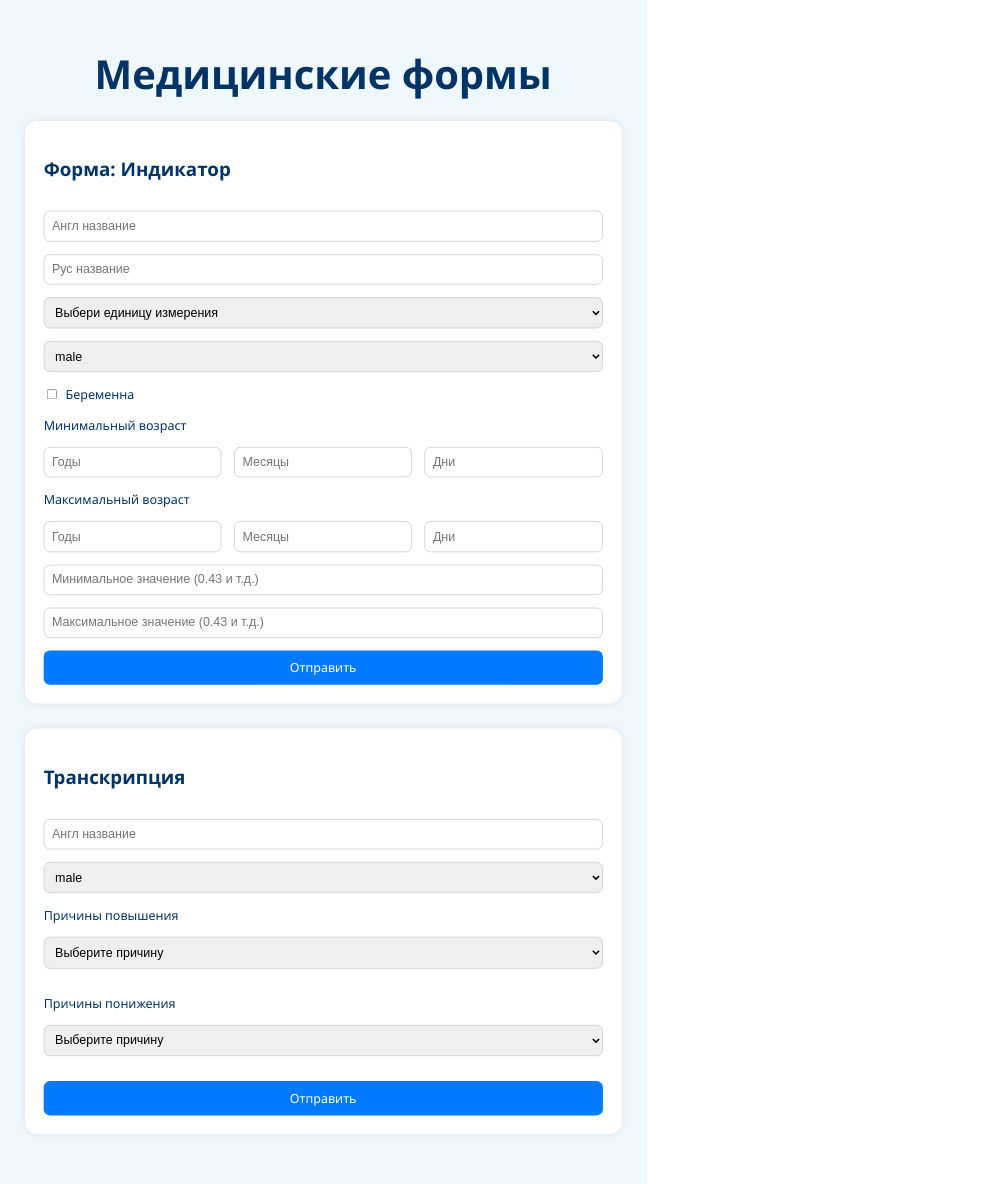
Repository: GGlebux/Transay
Page: / (app in frontend/)
These files come from the project's save history. The page is drawn as it stood at one moment and after the next save; the edit follows.
The browser window is 1280 px wide. The pictures show the whole page, at 78% of full size.
The project was rebuilt for these pictures with package versions that can differ from the ones it lists, and the page was loaded fresh each time. Also part of the build but not shown: frontend/vite.config.ts.

Above is the page before, as saved 2025-08-04 16:20:42.

After the next save:
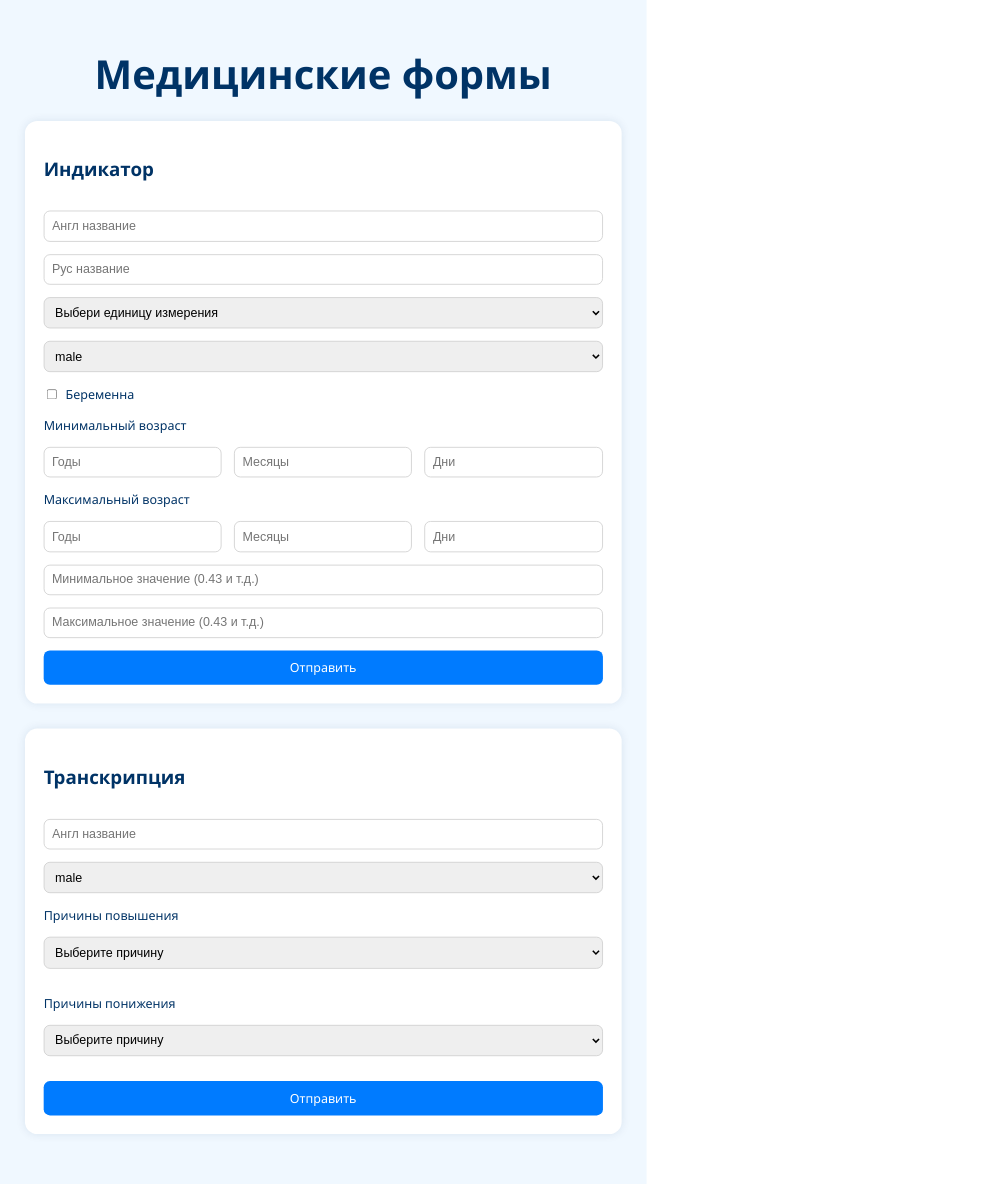
Saved 6 s later.
--- a/frontend/src/components/IndicatorForm.tsx
+++ b/frontend/src/components/IndicatorForm.tsx
@@ -12,7 +12,7 @@ function IndicatorForm() {
 
   return (
     <form className="form-card">
-      <h2>Форма: Индикатор</h2>
+      <h2>Индикатор</h2>
       <input placeholder="Англ название" />
       <input placeholder="Рус название" />
 
